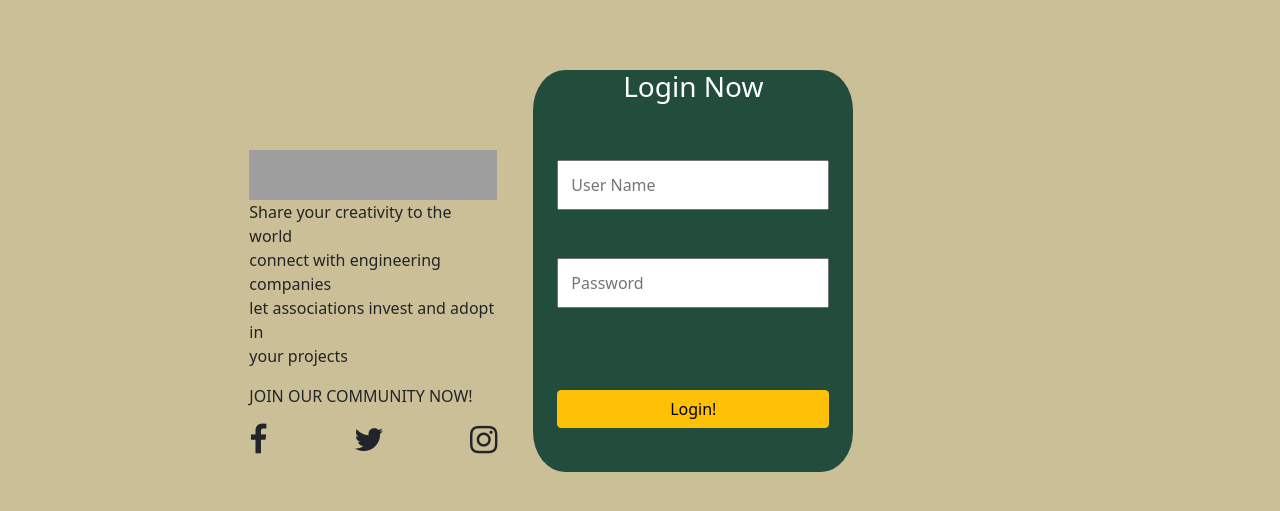
Repository: ahmadjamal-1997/Project-Taqadam
Page: http://localhost/Taqadam/WEB-INF/login.jsp
An editor plug-in stored every save of this project. The page is shown before and after the next save, followed by the edit.
The browser window is 1280 px wide. The pictures show the whole page.
Pictures or frames that could not be fetched are drawn as grey boxes. The page is served by Tomcat 9. Nobody is signed in. Other server files are loaded and not shown. The template is opened directly, without the code that normally fills it, so the values that code supplies are empty.

Above is the page before, as saved 2022-03-31 10:33:19.

### Taqadam-new/Taqadam-java/Taqadam-new/Taqadam/src/main/webapp/WEB-INF/login.jsp
<%@ page language="java" contentType="text/html; charset=UTF-8"
    pageEncoding="UTF-8"%>
<%@ taglib prefix="c" uri="http://java.sun.com/jsp/jstl/core" %>
<%@ taglib prefix="form" uri="http://www.springframework.org/tags/form" %>
<%@ page isErrorPage="true" %>
<!DOCTYPE html PUBLIC "-//W3C//DTD HTML 4.01 Transitional//EN" "http://www.w3.org/TR/html4/loose.dtd">
<html>
<head>
<meta http-equiv="Content-Type" content="text/html; charset=UTF-8">
<title>Registration Page</title>
<link href="https://cdn.jsdelivr.net/npm/bootstrap@5.1.3/dist/css/bootstrap.min.css" rel="stylesheet" integrity="sha384-1BmE4kWBq78iYhFldvKuhfTAU6auU8tT94WrHftjDbrCEXSU1oBoqyl2QvZ6jIW3" crossorigin="anonymous">
<link rel="stylesheet" href="https://cdnjs.cloudflare.com/ajax/libs/font-awesome/4.7.0/css/font-awesome.min.css">
<style>
        img{
            max-height: 50px;
        }
        .form{
            border-radius: 10%;
             display: flex;
             flex-direction: column;

             align-items: center;
             background-color: #224c3c;
        }
        .par{
        display:flex;
        justify-content:space-between;

        }
    </style>
</head>
<body>
   <body style="background-color: #cbbf98;">
    <div class="container-fluid" >
        <div class="row" style="height: 70px;">
        </div>
        <div class="row">
            <div class="col-2"></div>
            <div class="col-3">
            <div class="container">
            <div class="row" style="height:80px;">
            </div>
            	<div class="row">
                <img src="/photo/taqdam-01.png" alt="logo">
                </div>
                <p class="par">Share your creativity to the world<br>connect with engineering companies<br>
                let associations invest and adopt in<br>your projects</p>
                <p class="par">JOIN OUR COMMUNITY NOW!</p>
                <p class="par fs-2"><i class="fa fa-facebook-f"></i><i class="fa fa-twitter"></i><i class="fa fa-instagram"></i></p>
            </div>
            </div>
            <div class="col-3 form">
                    <h3 style="color: white;">Login Now</h3>

                <div class="container">
                <form method="POST" action="/login">
                <div class="row mb-3 mt-5" style="height:50px">
           			 <input type="text" id="email" name="username" placeholder="User Name"/>
      			</div>

            <div class="row mb-3 mt-5" style="height:50px">
            <input type="password" id="password" name="password" placeholder="Password"/>
            </div>
            <div class="row mb-3" style="height:50px">
            </div>
            <div class="row mb-3">
       		 <input type="hidden" name="${_csrf.parameterName}" value="${_csrf.token}"/>
       		 <input type="submit" class="btn btn-warning" value="Login!"/>
       		 </div>
    			</form>
                    </div>
            </div>
        </div>
    </div>
</body>
</html>

After the next save:
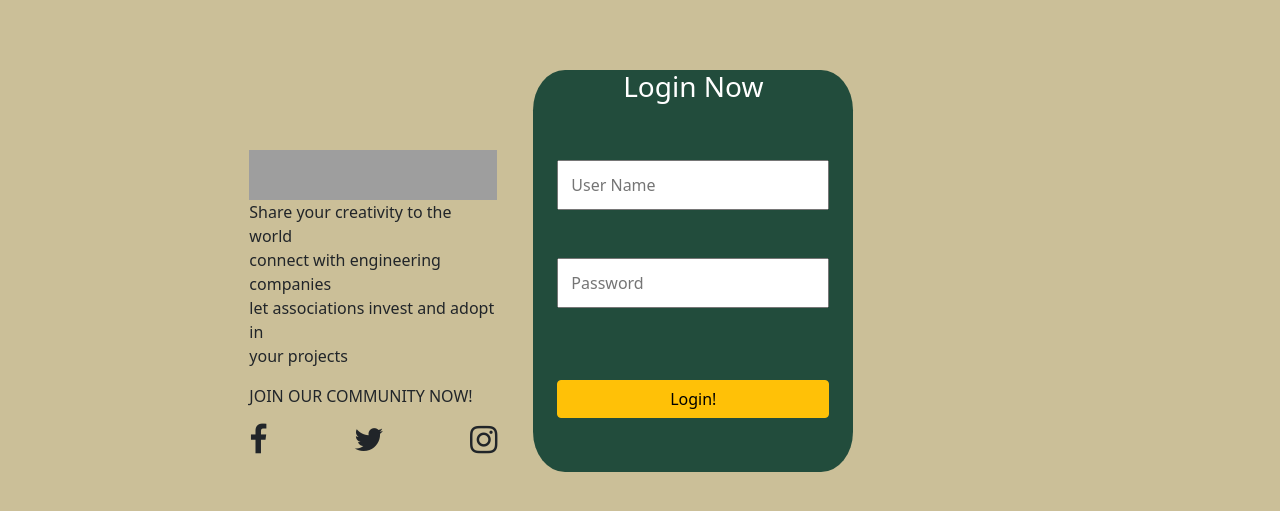
Saved 42 s later.
--- a/Taqadam-new/Taqadam-java/Taqadam-new/Taqadam/src/main/webapp/WEB-INF/login.jsp
+++ b/Taqadam-new/Taqadam-java/Taqadam-new/Taqadam/src/main/webapp/WEB-INF/login.jsp
@@ -61,7 +61,7 @@
             <div class="row mb-3 mt-5" style="height:50px">
             <input type="password" id="password" name="password" placeholder="Password"/>
             </div>
-            <div class="row mb-3" style="height:50px">
+            <div class="row mb-3" style="height:40px">
             </div>
             <div class="row mb-3">
        		 <input type="hidden" name="${_csrf.parameterName}" value="${_csrf.token}"/>
